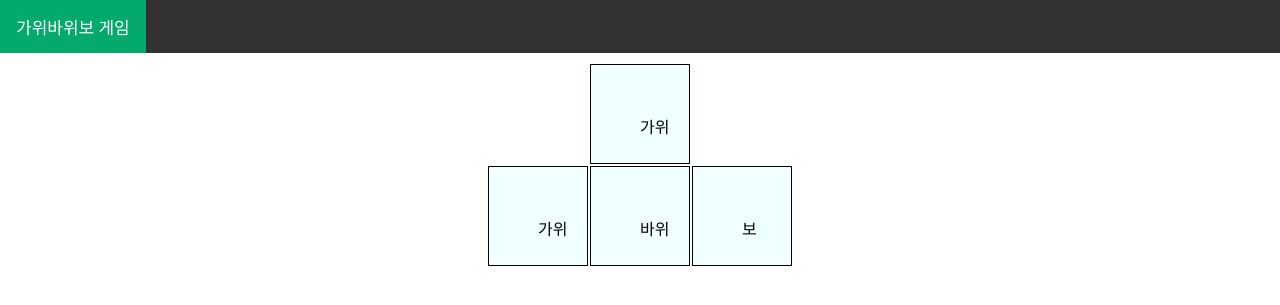
Repository: venandi48/RockScissorPaper-Game
Page: index.html
The author's editor kept a copy of each file at every save. The page is drawn from the files as they stood at one save, then again after the next save.
The browser window is 1280 px wide. The pictures show the whole page.
The style sheet was rebuilt from its Sass, Less or Tailwind sources for each picture, by a compiler version that may differ from the author's.

Above is the page before, as saved 2023-11-13 17:20:27.

After the next save:
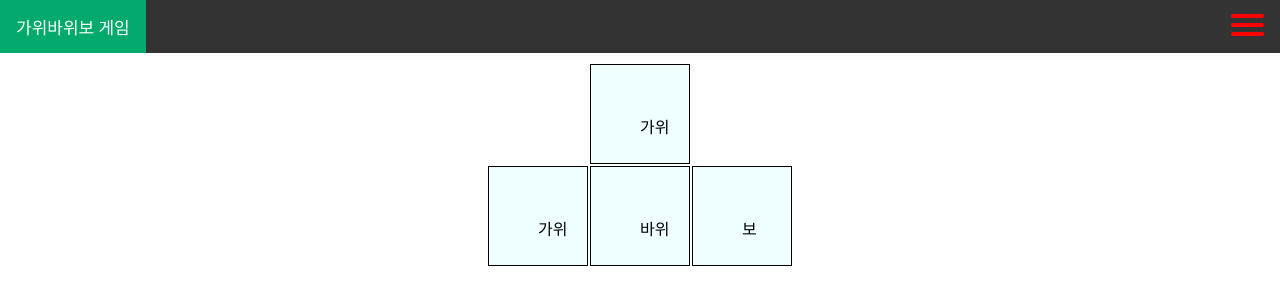
Saved 57 s later.
--- a/style.scss
+++ b/style.scss
@@ -46,7 +46,7 @@
     margin-left: 50px;
     vertical-align: middle;
 
-    & .span {
+    & span {
       display: block;
       width: 33px;
       height: 4px;
